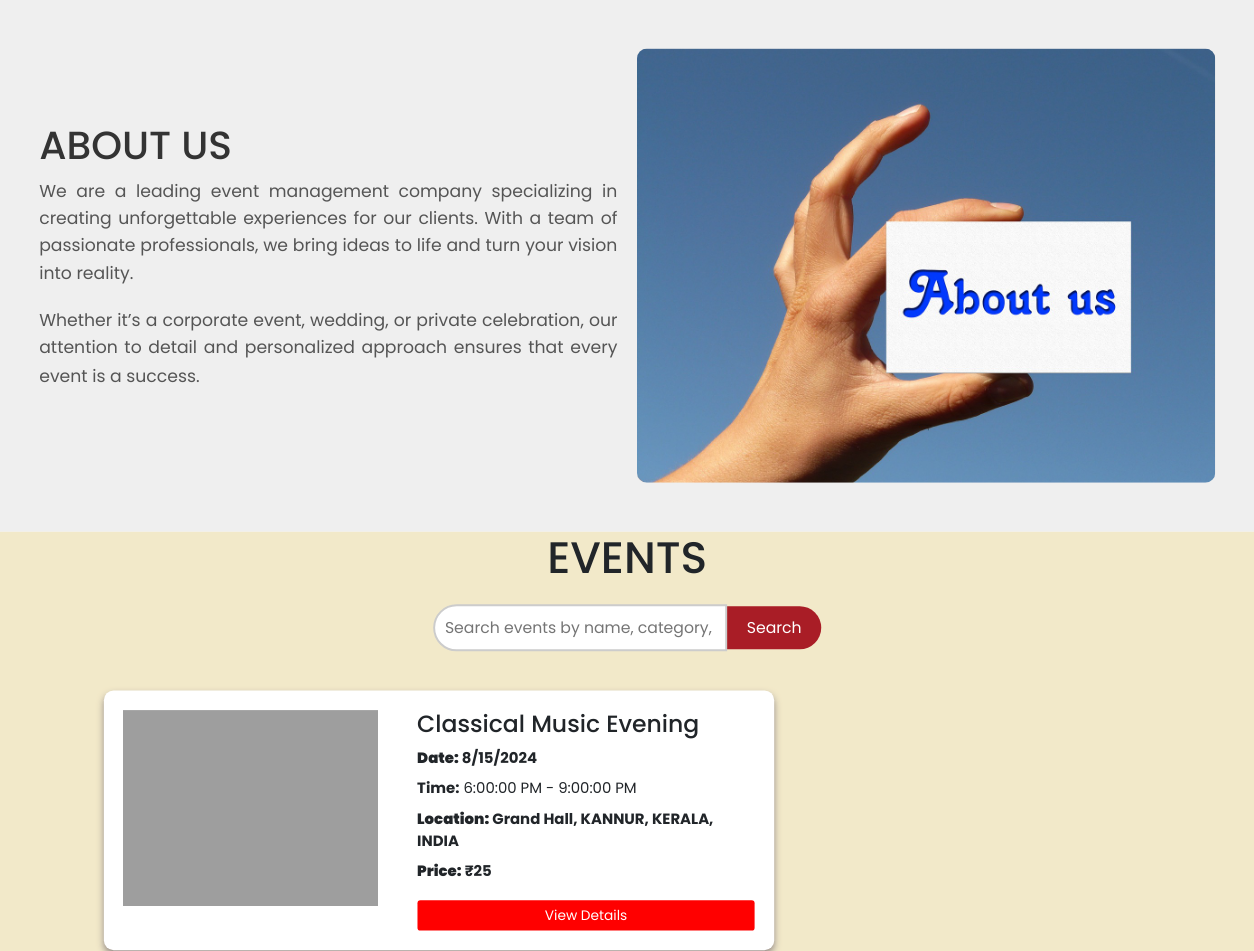
Repository: SharonSebastian32/Event-Management-System-
Page: index.html
An editor plug-in stored every save of this project. The page is shown before and after a run of saves, followed by the edit.
The browser window is 1280 px wide. The pictures show the part of the page from y = 820 to 1790 px (the page is 4991 px tall before and 4996 px after), at 98% of full size.
Pictures or frames that could not be fetched are drawn as grey boxes. A picture or video elsewhere on the page could not be fetched, so the positions and the page height are approximate.

Above is the page before, as saved 2024-09-06 12:15:12.
Not found: assets/css/ContactUs.css

### index.html
<!DOCTYPE html>
<html lang="en">
  <head>
    <meta charset="UTF-8" />
    <meta name="viewport" content="width=device-width, initial-scale=1.0" />
    <link rel="icon" type="image/x-icon" href="./Assets/images/aa.png" />
    <title>Star Events</title>
    <link
      rel="stylesheet"
      href="https://cdnjs.cloudflare.com/ajax/libs/font-awesome/5.15.4/css/all.min.css"
    />
    <link rel="stylesheet" href="./Css/Styles.css" />

    <!-- conatct us  -->
    <link rel="stylesheet" href="/assets/css/ContactUs.css" />
    <link
      href="https://cdn.jsdelivr.net/npm/bootstrap@5.3.0/dist/css/bootstrap.min.css"
      rel="stylesheet"
    />
  </head>
  <body>
    <!-- hero section start -->
    <nav>
      <div class="nav-container">
        <div class="logo">
          <a href="#home">
            <img src="./Assets/images/aa.png" alt="Event Management Logo" />
          </a>
        </div>
        <ul class="nav-links">
          <li><a href="#home">HOME</a></li>
          <li><a href="#about">ABOUT US</a></li>
          <li><a href="#events-sect">EVENTS</a></li>
          <li><a href="#services">SERVICES</a></li>
          <li><a href="#partners us">PARTNERS US</a></li>
          <li><a href="#gallery">GALLERY</a></li>
          <li><a href="#contact-us">CONTACT US</a></li>
        </ul>
        <div class="sign-in">
          <a href="#login">SIGN IN</a>
        </div>
      </div>
    </nav>

    <!-- Section for Event Management Video -->
    <section class="video-section">
      <video autoplay muted loop>
        <source src="./Assets/videos/aa.mp4" type="video/mp4" />
        Your browser does not support the video tag.
      </video>
    </section>

    <!-- hero section end -->

    <!-- about us section  start-->
    <section id="about" class="about-us-section">
      <div class="about-container">
        <div class="about-text">
          <h2>ABOUT US</h2>
          <p>
            We are a leading event management company specializing in creating
            unforgettable experiences for our clients. With a team of passionate
            professionals, we bring ideas to life and turn your vision into
            reality.
          </p>
          <p>
            Whether it’s a corporate event, wedding, or private celebration, our
            attention to detail and personalized approach ensures that every
            event is a success.
          </p>
        </div>
        <div class="about-image">
          <img src="./Assets/images/about-us.jpg" alt="About Us" />
        </div>
      </div>
    </section>
    <!-- about us section  ends-->

    <!-- events section start -->

    <section id="events-sect" style="background-color: #f2e9c9">
      <center>
        <h1 style="font-size: 45px; color: #a91d26 pad" data-aos="zoom-in">
          EVENTS
        </h1>
        <form class="search-form" data-aos="flip-down">
          <input
            type="text"
            name="search"
            id="search"
            placeholder="Search events by name, category, price"
            data-aos="flip-down"
          />
          <button type="submit">Search</button>
        </form>
      </center>
      <div class="event-container" id="event-container">
        <!-- Event cards will be injected here by JavaScript -->
      </div>
      <div id="event-modal" class="modal" data-aos="fade-in">
        <div class="modal-content">
          <span class="close">&times;</span>
          <h2>Event Details</h2>
          <p id="event-description">Details will be displayed here.</p>
          <br />
          <a
            href="https://sharonsebastian32.github.io/razorpaypaymentgateway_implementation/"
            target="_blank"
          >
            <button class="view-details-btn">Register Now</button>
          </a>
        </div>
      </div>
    </section>

    <!-- events section end -->

    <!-- conatct us section -->
    <div class="container-fluid contact_us" id="contact-us">
      <h2>CONTACT-US</h2>
      <h6>Our team of customer care is ready to hear from you.</h6>

      <div class="row main_section">
        <div class="col-md-6 section1">
          <h3>Customer Care</h3>
          <p>
            Not sure where to start? Need help adding that extra mojo to your
            landing page? Just visit our
            <span>hepl center</span> or get in touch with us:
          </p>
          <div class="customer_care">
            <div class="customer_care_profile">
              <div class="profile_img">
                <img src="./Assets/images/men.jpg" alt="customer_care" />
              </div>
              <div class="profile_details">
                <h5>John</h5>
                <h6>Customer Care Lead</h6>
                <p>+91 7484930837</p>
              </div>
            </div>
            <div class="customer_care_profile">
              <div class="profile_img">
                <img src="./Assets/images/women.jpg" alt="customer_care" />
              </div>
              <div class="profile_details">
                <h5>Elizabeth</h5>
                <h6>Customer Care</h6>
                <p>+91 748493083758</p>
              </div>
            </div>
          </div>
        </div>
        <div class="col-md-6 section2">
          <h3>Reach out of us!</h3>
          <p>
            Got a question about us? Are you intereseted in partnering with us?
            Have some suggestions or just want to say Hi? Contact Us:
          </p>
          <form action="">
            <input
              class="form-control"
              type="text"
              name="first_name"
              placeholder="First Name"
              required
            />
            <input
              class="form-control"
              type="text"
              name="last_name"
              placeholder="Last Name"
              required
            />
            <input
              class="form-control"
              type="email"
              name="email"
              placeholder="E-mail"
              required
            />
            <input
              class="form-control"
              type="tel"
              name="phone"
              placeholder="Phone Number"
              required
            />
            <textarea
              class="form-control"
              name="message"
              id=""
              rows="4"
              placeholder="Message"
            ></textarea>
            <button class="btn">SUBMIT</button>
          </form>
        </div>
      </div>
    </div>
    <!-- contact us section -->

    <script src="./Js/Scripts.js"></script>
    <script src="https://cdn.jsdelivr.net/npm/bootstrap@5.3.0/dist/js/bootstrap.bundle.min.js"></script>
  </body>
</html>

### Css/Styles.css
 @import url('https://fonts.googleapis.com/css2?family=Poppins:ital,wght@0,100;0,200;0,300;0,400;0,500;0,600;0,700;0,800;0,900;1,100;1,200;1,300;1,400;1,500;1,600;1,700;1,800;1,900&display=swap');

:root {
    --main-color: #d3ad7f;
    --black: #13131a;
    --bg: #010103;
    --border: .1rem solid rgba(255, 255, 255, .3);
}


body {
    margin: 0;
font-family: "Poppins"; }

nav {
    background-color: #f2e9c9;
    padding: 10px 20px;
}

.nav-container {
    display: flex;
    justify-content: space-between;
    align-items: center;
}

.logo img {
    height: 80px;
}

.nav-links {
    list-style-type: none;
    display: flex;
    margin: 0;
    padding: 0;
}

.nav-links li {
    margin: 0 20px;
}

.nav-links li a {
    color: #a91d26;
    text-decoration: none;
    font-weight: bold;
}

.nav-links li a:hover {
    color: #FFD700;
    /* Golden color */
}

.sign-in a {
    background-color: #FFD700;
    color: maroon;
    padding: 10px 20px;
    border-radius: 5px;
    text-decoration: none;
    font-weight: bold;
}

.sign-in a:hover {
    background-color: #FFA500;
    /* Darker golden shade */
    color: #233244;
}

/* Styling for Video Section */
.video-section {
    width: 100%;
    height: 100vh;
    /* Full viewport height */
    overflow: hidden;
    position: relative;
}

.video-section video {
    position: absolute;
    top: 0;
    left: 0;
    width: 100%;
    height: 100%;
    object-fit: cover;
    /* Ensures the video covers the entire container */
}





/* event css start */


 * {
     margin: 0;
     padding: 0;
     box-sizing: border-box;
     font-family: "Poppins";
 }


 body {
      background-color: rgb(255, 255, 220);
 }

 .event-container {
     display: flex;
     flex-direction: column;
     align-items: center;
     padding: 20px;
     width: 70%;

 }

 .event-card {
     display: flex;
     background-color: #ffffff;
     box-shadow: 0 4px 8px hwb(0 51% 46% / 0.926);
     border-radius: 10px;
     overflow: hidden;
     margin-bottom: 20px;
     width: 80%;
     max-width: 800px;
 }

 .event-card img {
     margin: 20px;
     width: 260px;
     height: 200px;
     object-fit: cover;
 }

 .event-details {
     padding: 20px;
     display: flex;
     flex-direction: column;
     justify-content: space-between;
 }

 .event-details h2 {
     font-size: 1.5em;
     margin-bottom: 10px;
 }

 .event-details p {
     margin-bottom: 8px;
     font-size: 0.95em;
 }

 .event-details a {
     color: #007BFF;
     text-decoration: none;
 }

 .event-details a:hover {
     text-decoration: underline;
 }

 .price,
 .date,
 .location {
     font-weight: bold;
 }

 .social-links a {
     margin-right: 10px;
     color: #555;
 }

 .social-links a:hover {
     color: #007BFF;
 }


 .search-form {
     display: flex;
     justify-content: center;
     align-items: center;
     margin: 20px 0;
 }

 .search-form input[type="text"] {
     padding: 10px;
     font-size: 16px;
     border: 2px solid #ccc;
     border-radius: 30px 0 0 30px;
     outline: none;
     width: 300px;
     transition: all 0.3s ease;
 }

 .search-form input[type="text"]:focus {
     border-color: #a91d26;
 }

 .search-form button {
     padding: 10px 20px;
     background-color: #a91d26;
     color: white;
     border: none;
     border-radius: 0 30px 30px 0;
     cursor: pointer;
     font-size: 16px;
     transition: background-color 0.3s ease;
 }

 .search-form button:hover {
     background-color: #480606;
 }

 .search-form button:focus {
     outline: none;
 }

 .view-details-btn {
     background-color: red;
     /* Red background */
     color: white;
     /* White text */
     padding: 5px 10px;
     /* Smaller padding */
     border: none;
     /* No border */
     cursor: pointer;
     /* Pointer on hover */
     font-size: 14px;
     /* Smaller font size */
     border-radius: 3px;
     /* Slightly rounded corners */
     margin-top: 10px;
     /* Margin at the top */
     transition: background-color 0.3s ease;
     /* Smooth hover transition */
 }

 .view-details-btn:hover {
     background-color: darkred;
     /* Darker red on hover */
 }



 /* The Modal (background) */
 .modal {
     display: none;
     /* Hidden by default */
     position: fixed;
     /* Stay in place */
     z-index: 1;
     /* Sit on top */
     left: 0;
     top: 0;
     width: 100%;
     /* Full width */
     height: 100%;
     /* Full height */
     background-color: rgba(0, 0, 0, 0.5);
     /* Black background with opacity */
 }

 /* Modal Content */
 .modal-content {
     background-color: white;
     margin: 10% auto;
     padding: 20px;
     border: 1px solid #888;
     width: 1000px;
     height: 400px;
     position: relative;
     box-shadow: 0 4px 8px rgba(0, 0, 0, 0.2);
 }

 /* Close Button */
 .close {
     color: #aaa;
     float: right;
     font-size: 28px;
     font-weight: bold;
     cursor: pointer;
 }

 .close:hover,
 .close:focus {
     color: black;
     text-decoration: none;
     cursor: pointer;
 }

/* event css end */



/* contact css start */
@import url('https://fonts.googleapis.com/css2?family=SUSE:wght@100..800&display=swap');

:root {
    --primary-color: #f2e9c9;
    --secondary-color: #233244;
    --ternay-color: #a91d26;
    --primary-font: "SUSE", sans-serif;
}

body {
    margin: 0;
    padding: 0;
    box-sizing: border-box;
    font-family: var(--primary-font);
}

.contact_us {
    background-color: var(--primary-color);
    min-height: 100vh;
    padding: 40px !important;
}

.contact_us>h2 {
    text-align: center;
    color: var(--ternay-color);
    font-weight: 700;
    letter-spacing: 3px;

}

.contact_us>h6 {
    text-align: center;
    color: var(--secondary-color);

}

.contact_us>.main_section {
    margin: 30px 0px;
    padding: 30px 0px;
}

.main_section>.section1 {
    padding: 10px 20px;
}

.main_section>.section1>h3 {
    color: var(--ternay-color);
    font-weight: 700;
}

.main_section>.section1>p {
    color: var(--secondary-color);
    font-weight: 400;
    font-size: 14px;
    max-width: 90%;
    margin-bottom: 30px;
}

.customer_care>.customer_care_profile {
    display: flex;
    padding: 20px;
    border-radius: 10px;
    margin: 15px 0px;
    max-width: 90%;
    box-shadow: 0px 4px 8px rgba(0, 0, 0, 0.2);
    cursor: pointer;
}

.customer_care>.customer_care_profile>.profile_img {
    margin-right: 30px;
    border-radius: 50%;
    width: 100px;
    height: 100px;
    overflow: hidden;

}

.customer_care>.customer_care_profile>.profile_img>img {
    object-fit: cover;
    width: 100%;
    height: 100%;
    filter: grayscale();
}

.customer_care>.customer_care_profile>.profile_details {
    margin: 10px 0px;
}

.customer_care>.customer_care_profile>.profile_details>h5 {
    color: var(--ternay-color);
    font-size: 20px;
    font-weight: 500;
    margin-bottom: 4px;
}

.customer_care>.customer_care_profile>.profile_details>h6 {
    margin-bottom: 6px;
    font-size: 16px;
}

.customer_care>.customer_care_profile>.profile_details>p {
    font-size: 12px;
    font-weight: 500;
    text-decoration: underline;

}

.main_section>.section2 {
    padding: 10px 20px;
}

.main_section>.section2>h3 {
    color: var(--ternay-color);
    font-weight: 700;
}

.main_section>.section2>p {
    color: var(--secondary-color);
    font-weight: 400;
    font-size: 14px;
    max-width: 90%;
    margin-bottom: 30px;
}

.main_section>.section2>form {
    display: flex;
    flex-direction: column;
    max-width: 80%;
    box-shadow: 0px 4px 8px rgba(0, 0, 0, 0.2);
    padding: 40px;
    border-radius: 10px;
}

.main_section>.section2>form>input {
    margin: 5px 0px;

}

.main_section>.section2>form>textarea {
    margin: 5px 0px;

}

.main_section>.section2>form>button {
    background-color: var(--ternay-color);
    color: var(--primary-color);
    margin-top: 10px;
    border: 2px solid var(--ternay-color);
    font-weight: bold;
    padding: 7px;
    transition: 0.4s ease-in-out;

}

.main_section>.section2>form>button:hover {
    background-color: var(--primary-color);
    color: var(--ternay-color);
}
 /* contact css end */




   /* About Us Section Styling */
   .about-us-section {
       display: flex;
       align-items: center;
       justify-content: center;
       padding: 50px 20px;
       background-color: #efefef;
   }

   .about-container {
       display: flex;
       flex-direction: row;
       align-items: center;
       justify-content: space-between;
       max-width: 1200px;
       width: 100%;
   }

   .about-text {
       flex: 1;
       margin-right: 20px;
       max-width: 600px;
       /* Limits the width of the text block */
   }

   .about-text h2 {
       font-size: 2.5rem;
       color: #333;
   }

   .about-text p {
       font-size: 1.1rem;
       color: #555;
       line-height: 1.6;
       text-align: justify;
       /* Makes the paragraph text aligned in a block */
       margin-bottom: 20px;
       /* Consistent space between paragraphs */
   }

   .about-image {
       flex: 1;
       text-align: right;
   }

   .about-image img {
       max-width: 100%;
       height: auto;
       border-radius: 10px;
   }

### Js/Scripts.js
document.addEventListener("DOMContentLoaded", () => {
  fetch("../json/events.json")
    .then((response) => response.json())
    .then((data) => renderEvents(data))
    .catch((error) => console.error("Error loading events:", error));

  const modal = document.getElementById("event-modal");
  const closeBtn = document.querySelector(".close");

  closeBtn.onclick = function () {
    modal.style.display = "none";
  };

  window.onclick = function (event) {
    if (event.target === modal) {
      modal.style.display = "none";
    }
  };
});

function renderEvents(events) {
  const eventContainer = document.getElementById("event-container");
  events.forEach((event) => {
    const eventCard = document.createElement("div");
    eventCard.classList.add("event-card");

    eventCard.innerHTML = `
      <img src="${event.thumbnail}" alt="${event.eventName}">
      <div class="event-details">
        <h2>${event.eventName}</h2>
        <p class="date"><strong>Date:</strong> ${new Date(
          event.date
        ).toLocaleDateString()}</p>
        <p class="time"><strong>Time:</strong> ${new Date(
          event.startTime
        ).toLocaleTimeString()} - ${new Date(
      event.endTime
    ).toLocaleTimeString()}</p>
        <p class="location"><strong>Location:</strong> ${
          event.location.venueName
        }, ${event.location.city}, ${event.location.state}, ${
      event.location.country
    }</p>
        <p class="price"><strong>Price:</strong> ₹${event.price.basePrice}</p>
        <button class="view-details-btn">View Details</button>
      </div>
    `;

    eventContainer.appendChild(eventCard);

    const viewDetailsBtn = eventCard.querySelector(".view-details-btn");
    viewDetailsBtn.addEventListener("click", () => {
      document.getElementById(
        "event-description"
      ).textContent = `More details about ${event.eventName}...`;
      document.getElementById("event-modal").style.display = "block";
    });
  });
}

Loaded but not shown: json/events.json (837 lines, source omitted)

After the next 4 saves:
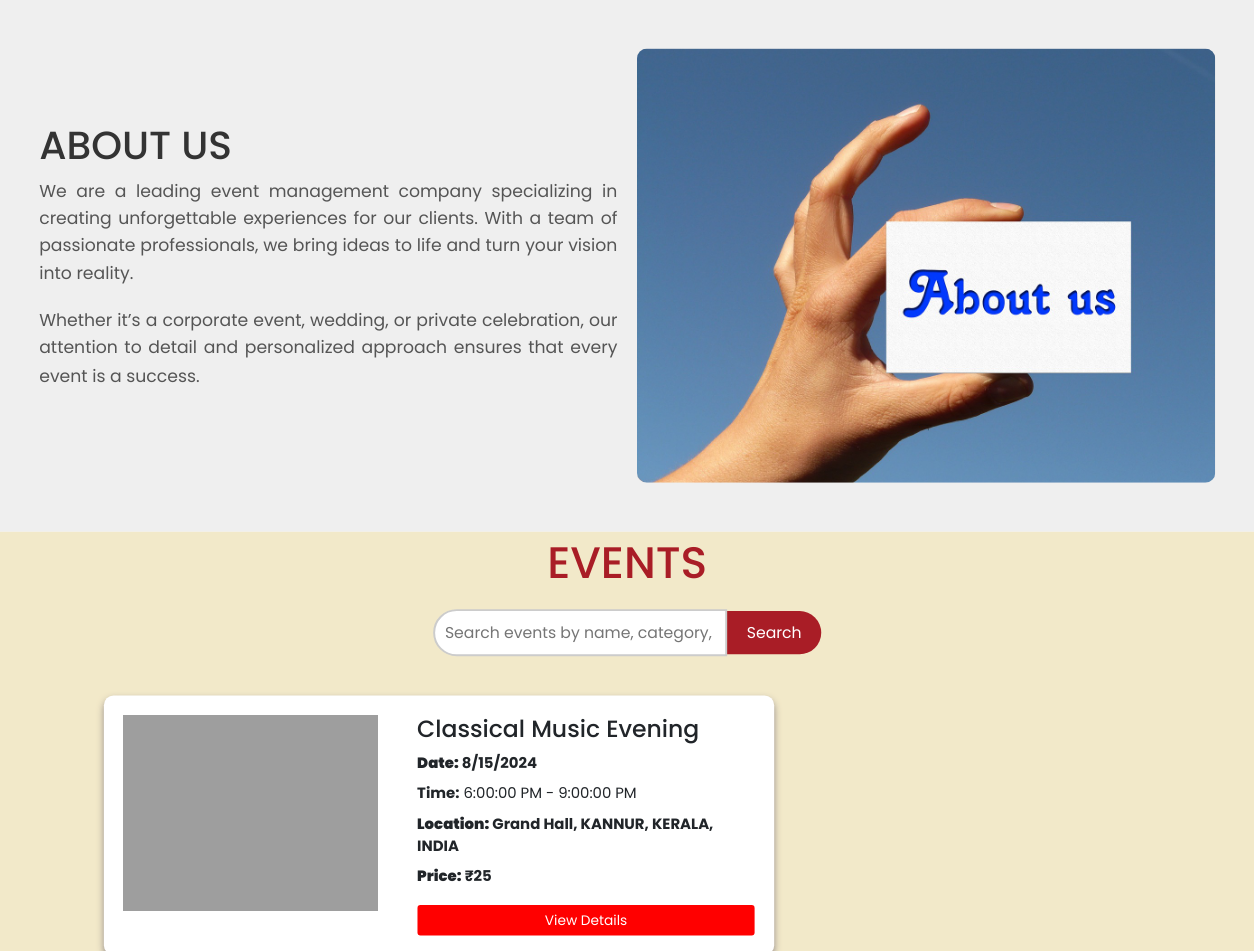
The 4 saves are shown as one change because they came seconds apart.
The last was saved 13 s later.
--- a/index.html
+++ b/index.html
@@ -80,7 +80,10 @@
 
     <section id="events-sect" style="background-color: #f2e9c9">
       <center>
-        <h1 style="font-size: 45px; color: #a91d26 pad" data-aos="zoom-in">
+        <h1
+          style="font-size: 45px; color: #a91d26; padding-top: 5px"
+          data-aos="zoom-in"
+        >
           EVENTS
         </h1>
         <form class="search-form" data-aos="flip-down">
